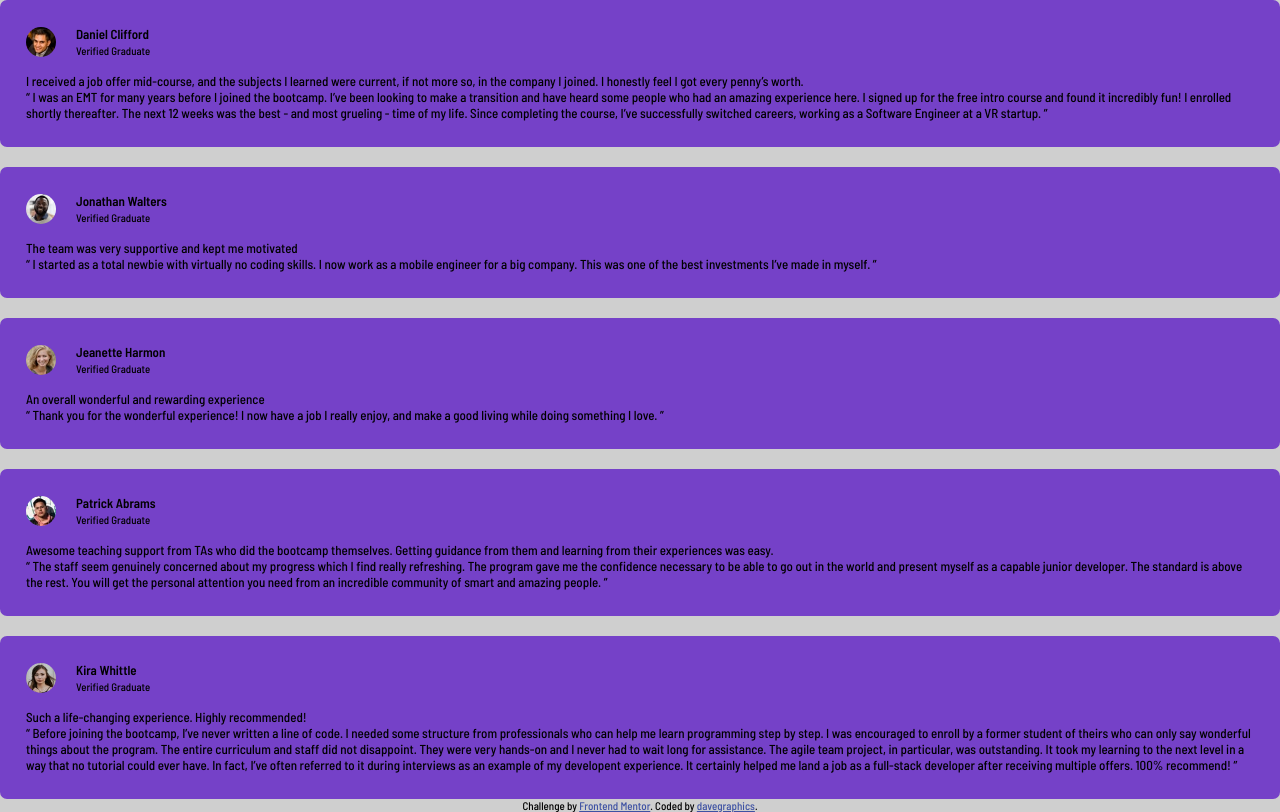
Repository: DejV44/testimonials_grid_section_main
Page: index.html
An editor plug-in stored every save of this project. The page is shown before and after the next save, followed by the edit.
The browser window is 1280 px wide. The pictures show the whole page.
The style sheet was rebuilt from its Sass, Less or Tailwind sources for each picture, by a compiler version that may differ from the author's.

Above is the page before, as saved 2021-07-14 20:13:22.

### index.html
<!DOCTYPE html>
<html lang="en">

<head>
  <meta charset="UTF-8">
  <meta name="viewport" content="width=device-width, initial-scale=1.0">
  <link rel="stylesheet" href="css/style.css">
  <link rel="icon" type="image/png" sizes="32x32" href="./images/favicon-32x32.png">
  <title>Frontend Mentor | Testimonials grid section</title>
</head>

<body>
  <div class="container">
    <div class="cards">
      <div class="image">
        <img src="./images/image-daniel.jpg" alt="image-daniel">
        <div>
          <h4>Daniel Clifford</h4>
          <small>Verified Graduate</small>
        </div>
      </div>
      <p>I received a job offer mid-course, and the subjects I learned were current, if not more so,
        in the company I joined. I honestly feel I got every penny’s worth.</p>
      <p>“ I was an EMT for many years before I joined the bootcamp. I’ve been looking to make a
        transition and have heard some people who had an amazing experience here. I signed up
        for the free intro course and found it incredibly fun! I enrolled shortly thereafter.
        The next 12 weeks was the best - and most grueling - time of my life. Since completing
        the course, I’ve successfully switched careers, working as a Software Engineer at a VR startup. ”</p>
    </div>
    <div class="cards">
      <div class="image">
        <img src="./images/image-jonathan.jpg" alt="image-jonathan">
        <div>
          <h4>Jonathan Walters</h4>
          <small>Verified Graduate</small>
        </div>
      </div>
      <p>The team was very supportive and kept me motivated</p>
      <p>“ I started as a total newbie with virtually no coding skills. I now work as a mobile engineer
        for a big company. This was one of the best investments I’ve made in myself. ”</p>
    </div>
    <div class="cards">
      <div class="image">
        <img src="./images/image-jeanette.jpg" alt="image-jeanette">
        <div>
          <h4>Jeanette Harmon</h4>
          <small>Verified Graduate</small>
        </div>
      </div>
      <p>An overall wonderful and rewarding experience</p>
      <p>“ Thank you for the wonderful experience! I now have a job I really enjoy, and make a good living
        while doing something I love. ”</p>
    </div>
    <div class="cards">
      <div class="image">
        <img src="./images/image-patrick.jpg" alt="image-patrick">
        <div>
          <h4>Patrick Abrams</h4>
          <small>Verified Graduate</small>
        </div>
      </div>
      <p>Awesome teaching support from TAs who did the bootcamp themselves. Getting guidance from them and
        learning from their experiences was easy.</p>
      <p>“ The staff seem genuinely concerned about my progress which I find really refreshing. The program
        gave me the confidence necessary to be able to go out in the world and present myself as a capable
        junior developer. The standard is above the rest. You will get the personal attention you need from
        an incredible community of smart and amazing people. ”</p>
    </div>
    <div class="cards">
      <div class="image">
        <img src="./images/image-kira.jpg" alt="image-kira">
        <div>
          <h4>Kira Whittle</h4>
          <small>Verified Graduate</small>
        </div>
      </div>
      <p>Such a life-changing experience. Highly recommended!</p>
      <p>“ Before joining the bootcamp, I’ve never written a line of code. I needed some structure from
        professionals who can help me learn programming step by step. I was encouraged to enroll by a former
        student of theirs who can only say wonderful things about the program. The entire curriculum and staff
        did not disappoint. They were very hands-on and I never had to wait long for assistance. The agile team
        project, in particular, was outstanding. It took my learning to the next level in a way that no tutorial
        could ever have. In fact, I’ve often referred to it during interviews as an example of my developent
        experience. It certainly helped me land a job as a full-stack developer after receiving multiple offers.
        100% recommend! ”</p>
    </div>
  </div>
  <div class="attribution">
    Challenge by <a href="https://www.frontendmentor.io?ref=challenge" target="_blank">Frontend Mentor</a>.
    Coded by <a href="#">davegraphics</a>.
  </div>
</body>

</html>

### css/style.scss
@import url('https://fonts.googleapis.com/css2?family=Barlow+Semi+Condensed:wght@500;600&display=swap');

$ModerateViolet: hsl(263, 55%, 52%);
$VeryDarkGrayishBlue: hsl(217, 19%, 35%);
$VeryDarkBlackishBlue: hsl(219, 29%, 14%);
$White: hsl(0, 0%, 100%);
$LightGray: hsl(0, 0%, 81%);
$LightGrayishBlue: hsl(210, 46%, 95%);

* {
    margin: 0;
    padding: 0;
    box-sizing: border-box;
}

body {
    font-size: 13px;
    font-family: 'Barlow Semi Condensed', sans-serif;
    background-color: $LightGray;


    .container {
        display: grid;
        grid-template-columns: 2fr;
        grid-template-rows: 2fr;
        gap: 20px;


        .cards {
            background-color: $ModerateViolet;
            padding: 2em;
            border-radius: 7px;




            .image {
                display: flex;
                margin-bottom: 15px;
                align-items: center;

                img {
                    border-radius: 50%;
                    width: 30px;
                    height: 30px;
                    margin-right: 20px;
                }
            }
        }

    }


.attribution { font-size: 11px; text-align: center; }
.attribution a { color: hsl(228, 45%, 44%); }

}

After the next save:
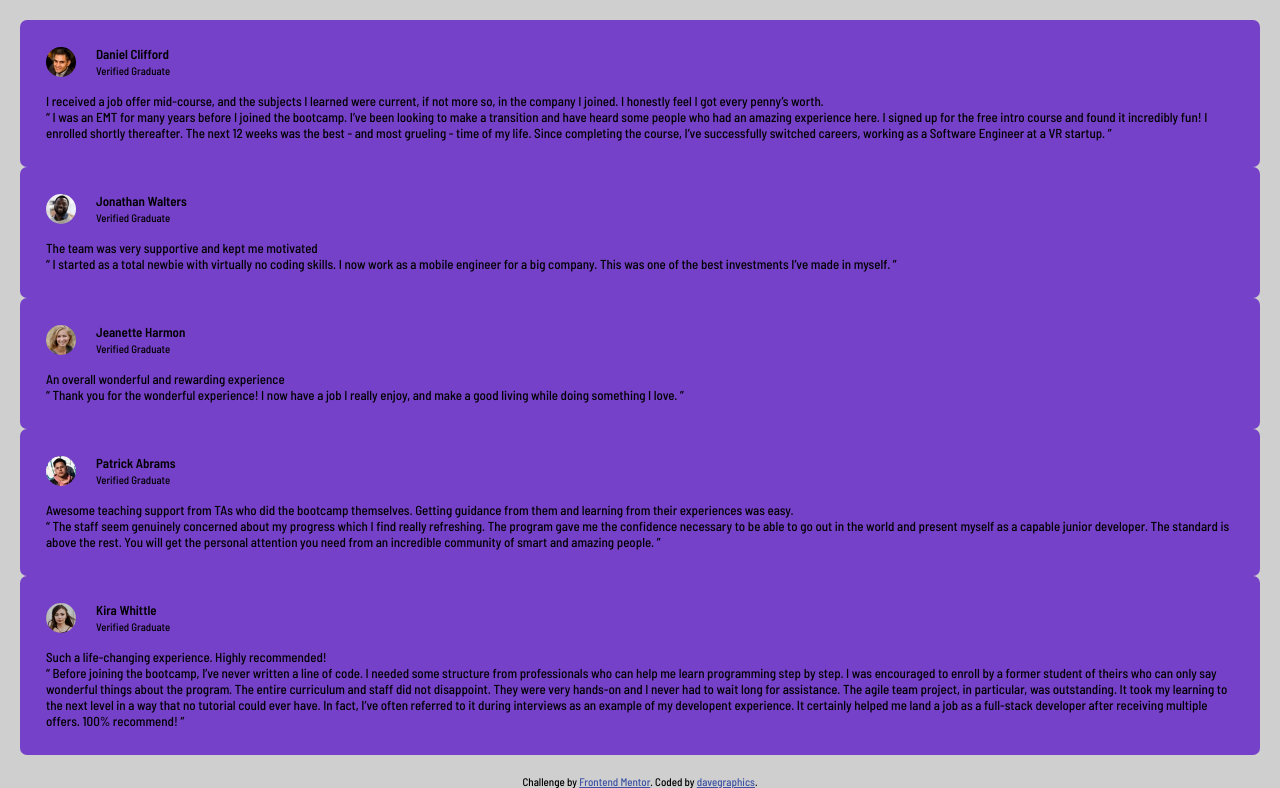
Saved 56 s later.
--- a/css/style.scss
+++ b/css/style.scss
@@ -23,7 +23,7 @@ body {
         display: grid;
         grid-template-columns: 2fr;
         grid-template-rows: 2fr;
-        gap: 20px;
+        margin: 20px;
 
 
         .cards {
